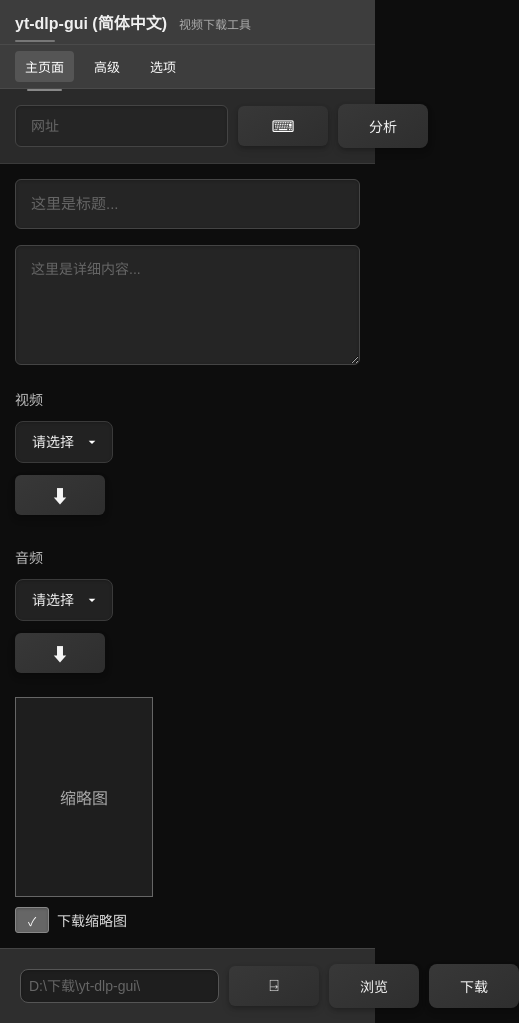
Repository: zArvin6808/yt-TubeSaver
Page: index.html
An editor plug-in stored every save of this project. The page is shown before and after the next save, followed by the edit.
The browser window is 375 px wide. The page is 519 px wide, so the pictures cover 519 px, including what lies to the right of the window. The pictures show the whole page.

Above is the page before, as saved 2025-06-07 16:57:18.

After the next save:
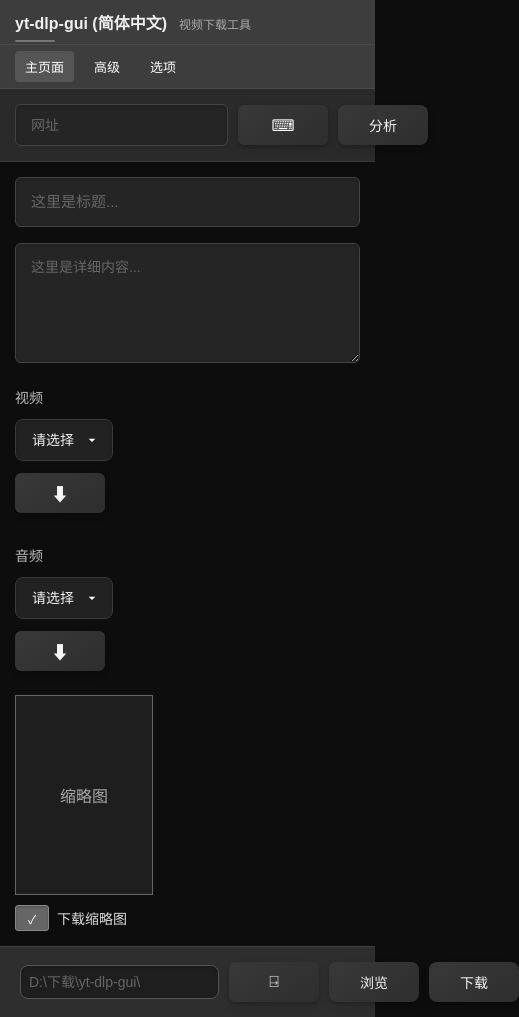
Saved 53 s later.
--- a/style.css
+++ b/style.css
@@ -769,24 +769,98 @@
       40%, 60% { transform: translateX(3px); }
     }
 
-    /* 分隔线 */
+    /* 增强的分隔线 */
     hr {
       border: none;
       height: 1px;
-      background-color: #333;
-      margin: 20px 0;
-    }
-
-    /* 链接样式 */
+      background: linear-gradient(90deg, transparent, #444, transparent);
+      margin: 24px 0;
+      position: relative;
+    }
+
+    hr::after {
+      content: '';
+      position: absolute;
+      top: 0;
+      left: 0;
+      right: 0;
+      height: 1px;
+      background: linear-gradient(90deg, transparent, #666, transparent);
+      opacity: 0.3;
+    }
+
+    /* 增强的链接样式 */
     a {
-      color: #9e9e9e;
+      color: #b0b0b0;
       text-decoration: none;
-      transition: color 0.2s ease;
+      transition: all 0.3s cubic-bezier(0.34, 1.56, 0.64, 1);
+      position: relative;
+      font-weight: 500;
     }
 
     a:hover {
-      color: #e0e0e0;
-      text-decoration: underline;
+      color: #ffffff;
+    }
+
+    a::after {
+      content: '';
+      position: absolute;
+      bottom: -2px;
+      left: 0;
+      width: 0;
+      height: 2px;
+      background: currentColor;
+      transition: width 0.3s cubic-bezier(0.34, 1.56, 0.64, 1);
+    }
+
+    a:hover::after {
+      width: 100%;
+    }
+
+    /* 全局动画设置 */
+    :root {
+      --transition-duration: 0.3s;
+      --transition-easing: cubic-bezier(0.34, 1.56, 0.64, 1);
+    }
+
+    /* 焦点样式 */
+    *:focus-visible {
+      outline: 2px solid #555;
+      outline-offset: 2px;
+      border-radius: 2px;
+    }
+
+    /* 响应式断点 */
+    @media (max-width: 768px) {
+      body {
+        font-size: 15px;
+      }
+
+      .card {
+        padding: 16px;
+        border-radius: 10px;
+      }
+
+      button {
+        padding: 10px 20px;
+      }
+    }
+
+    @media (max-width: 480px) {
+      body {
+        font-size: 14px;
+      }
+
+      .card {
+        padding: 12px;
+        border-radius: 8px;
+      }
+    }
+
+    /* 性能优化 */
+    .card, button, input, a {
+      will-change: transform, box-shadow;
+      backface-visibility: hidden;
     }
 
     /* Toast通知系统 */
